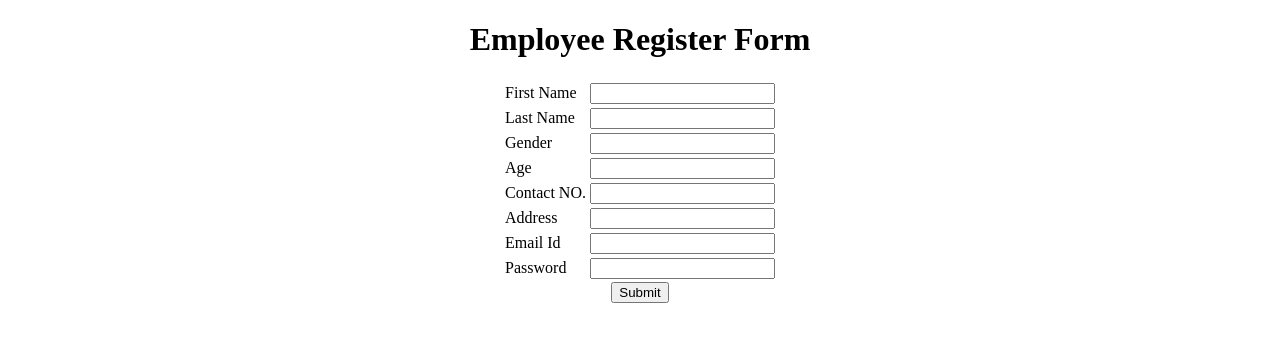
Repository: pawankas/Java_Mini_Project
Page: http://localhost/AirReservation/registeruser.jsp
These files come from the project's save history. The page is drawn as it stood at one moment and after the next save; the edit follows.
The browser window is 1280 px wide. The pictures show the whole page.
The page is served by Tomcat 9. Other server files are loaded and not shown.

Above is the page before, as saved 2022-03-12 03:47:16.

### final/AirReservation/WebContent/registeruser.jsp
<%@ page language="java" contentType="text/html; charset=ISO-8859-1"
 pageEncoding="ISO-8859-1"%>
<!DOCTYPE html>
<html>
<head>
<meta charset="ISO-8859-1">
<title>Insert title here</title>
</head>
<body>
 <div align="center">
  <h1>Employee Register Form</h1>
  <form action="<%= request.getContextPath() %>/register" method="post">
   <table style="with: 80%">
    <tr>
     <td>First Name</td>
     <td><input type="text" name="fname" /></td>
    </tr>
    <tr>
     <td>Last Name</td>
     <td><input type="text" name="lname" /></td>
    </tr>
    <tr>
     <td>Gender</td>
     <td><input type="text" name="gender" /></td>
    </tr>
    <td>Age</td>
     <td><input type="text" name="age" /></td>
    </tr>
     <td>Contact NO.</td>
     <td><input type="text" name="contactNo" /></td>
    </tr>
     <td>Address</td>
     <td><input type="text" name="address" /></td>
    </tr>
     <td>Email Id</td>
     <td><input type="text" name="emailid" /></td>
    </tr>
     <td>Password</td>
     <td><input type="Password" name="password" /></td>
    </tr>
   </table>
   <input type="submit" value="Submit" />
  </form>
 </div>
</body>
</html>

After the next save:
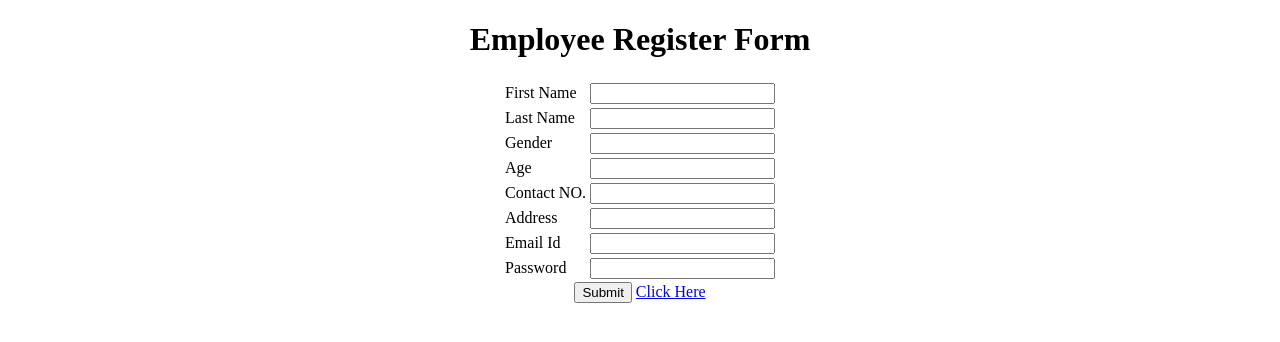
Saved 71 s later.
--- a/final/AirReservation/WebContent/registeruser.jsp
+++ b/final/AirReservation/WebContent/registeruser.jsp
@@ -40,6 +40,7 @@
     </tr>
    </table>
    <input type="submit" value="Submit" />
+   <a href="/jsp/newJsp.jsp">Click Here</a>
   </form>
  </div>
 </body>
